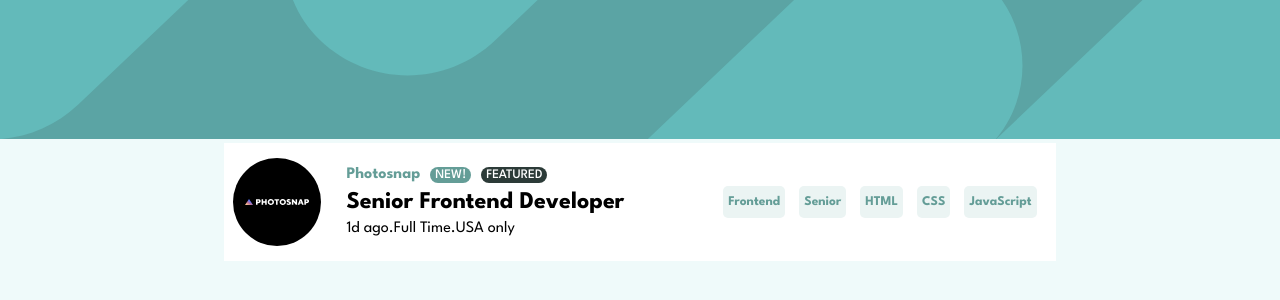
Repository: Eldream12/JobListing
Page: index.html
These files come from the project's save history. The page is drawn as it stood at one moment and after the next save; the edit follows.
The browser window is 1280 px wide. The pictures show the whole page.

Above is the page before, as saved 2025-03-31 21:10:30.

After the next save:
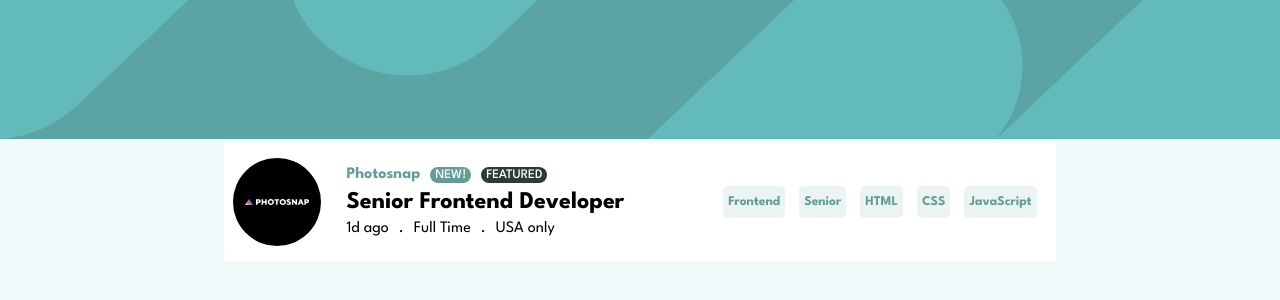
Saved 7 s later.
--- a/style/style.css
+++ b/style/style.css
@@ -81,5 +81,5 @@ header img {
 }
 
 .content .txt-3 p {
-	margin-right: ;
+	margin-right: 10px;
 }
